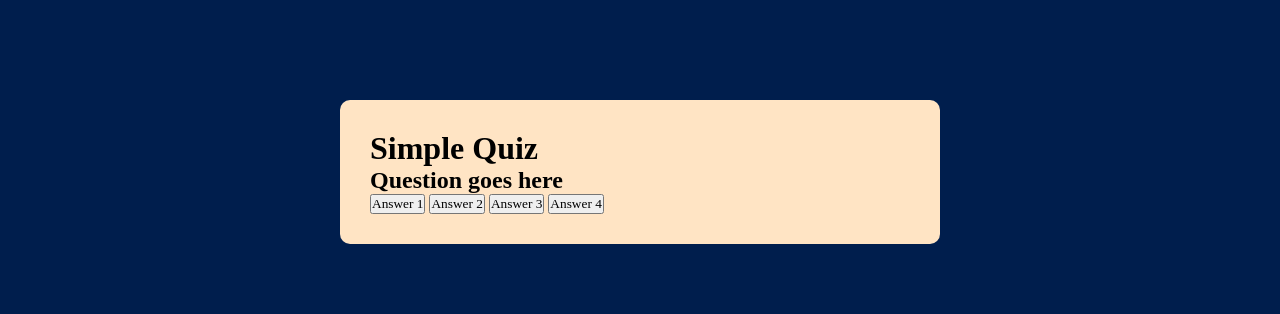
Repository: supriya123yadav/Quiz-project
Page: index.html
These files come from the project's save history. The page is drawn as it stood at one moment and after the next save; the edit follows.
The browser window is 1280 px wide. The pictures show the whole page.

Above is the page before, as saved 2024-07-07 00:01:35.

After the next save:
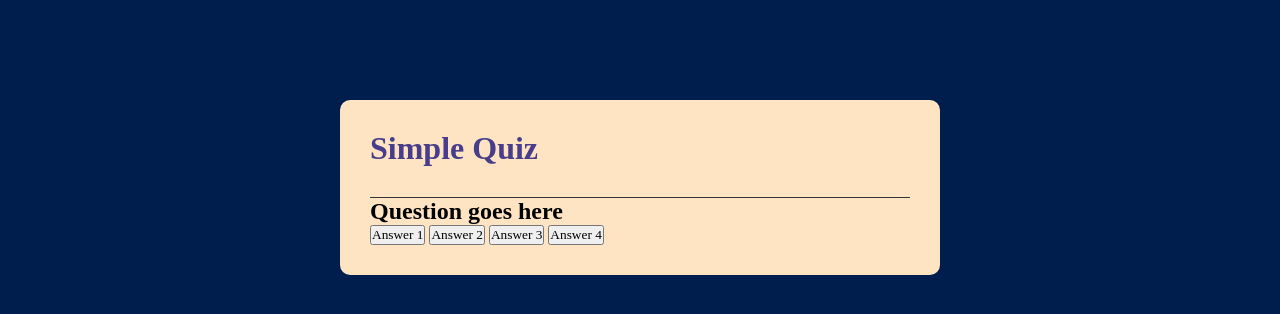
Saved 4 min 18 s later.
--- a/style.css
+++ b/style.css
@@ -17,3 +17,9 @@
     padding: 30px;
 
 }
+.app h1{
+   font-weight: 25px;
+   color: darkslateblue;
+   font-weight: 600px;
+   border-bottom: 1px solid #333;
+   padding-bottom: 30px;
